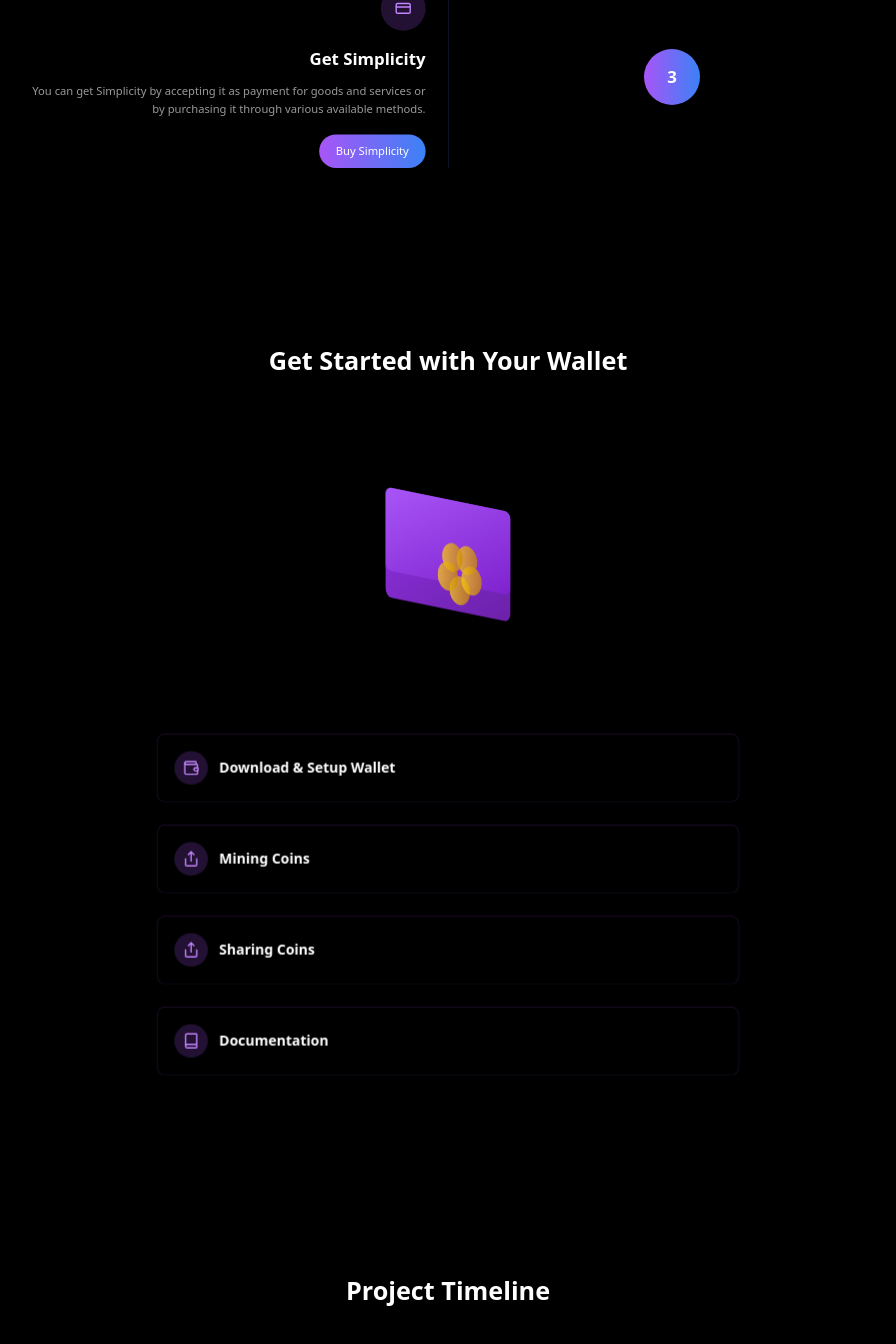
Repository: Simplicity-Block/Simplicity_website
Page: /downloads
These files come from the project's save history. The page is drawn as it stood at one moment and after the next save; the edit follows.
The browser window is 1280 px wide. The pictures show the part of the page from y = 4580 to 6500 px (the page is 7468 px tall before and 7132 px after), at 70% of full size.
The project was rebuilt for these pictures with package versions that can differ from the ones it lists, and the page was loaded fresh each time. Also part of the build but not shown: vite.config.js, src/components/FloatingElements.jsx.

Above is the page before, as saved 2024-12-21 12:01:21.

After the next save:
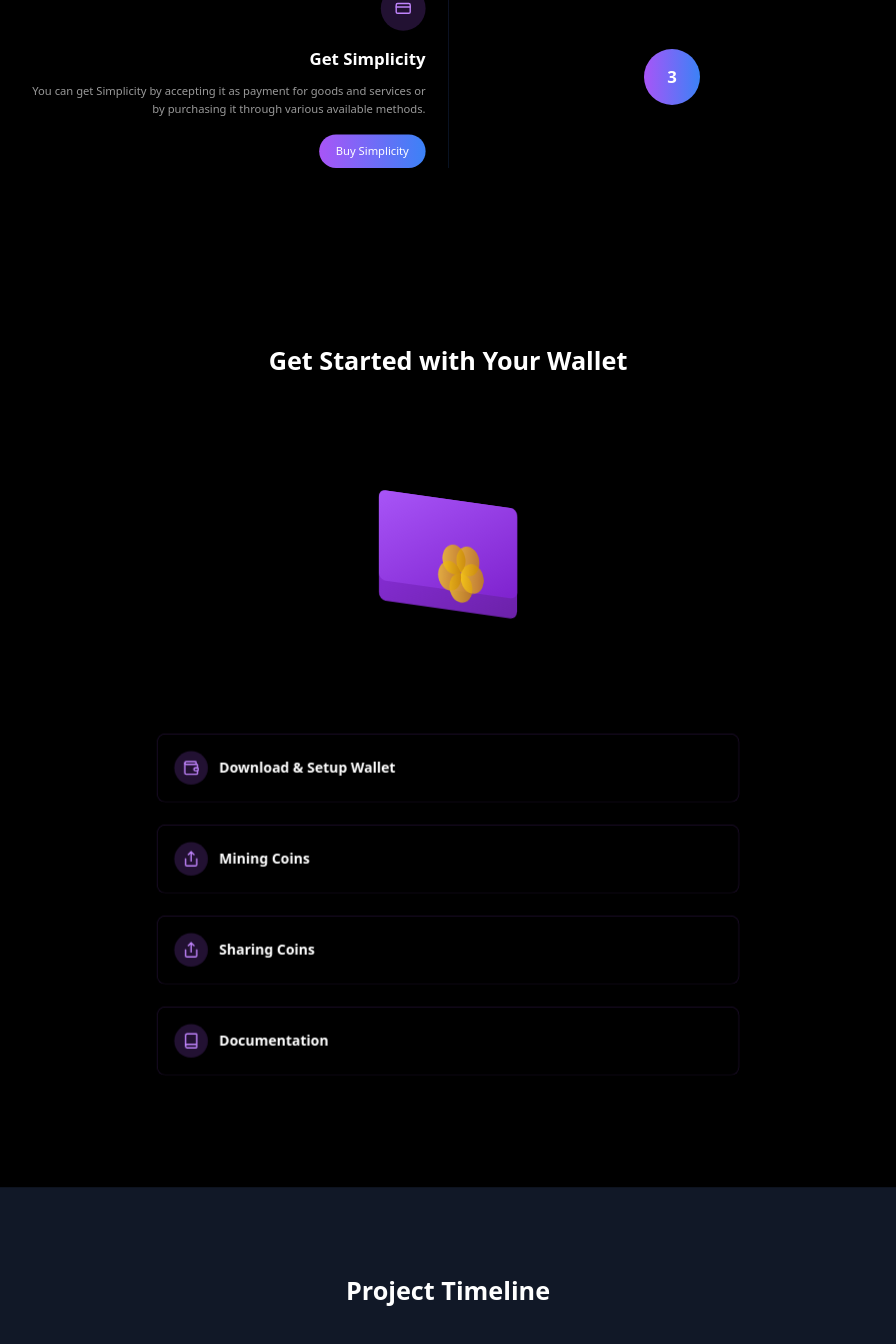
Saved 3 min 43 s later.
--- a/src/components/Timeline.jsx
+++ b/src/components/Timeline.jsx
@@ -1,61 +1,67 @@
-import React from 'react';
-import { Calendar, Rocket, Globe, Lock } from 'lucide-react';
+import React from "react";
+import { Calendar, Rocket, Globe, Lock } from "lucide-react";
 
 const Timeline = () => {
   const timelineItems = [
     {
-      icon: <Calendar className="w-6 h-6" />,
+      icon: <Calendar className="w-5 h-5 md:w-6 md:h-6" />,
       date: "Q1 2025",
       title: "Initial Launch",
-      description: "Public release of Simplicity network and core features"
+      description: "Public release of Simplicity network and core features",
     },
     {
-      icon: <Lock className="w-6 h-6" />,
+      icon: <Lock className="w-5 h-5 md:w-6 md:h-6" />,
       date: "Q2 2025",
       title: "Enhanced Security",
-      description: "Implementation of advanced security protocols and features"
+      description: "Implementation of advanced security protocols and features",
     },
     {
-      icon: <Globe className="w-6 h-6" />,
+      icon: <Globe className="w-5 h-5 md:w-6 md:h-6" />,
       date: "Q3 2025",
       title: "Global Expansion",
-      description: "Partnership with major financial institutions and expansion to new markets"
+      description: "Partnership with major financial institutions and expansion to new markets",
     },
     {
-      icon: <Rocket className="w-6 h-6" />,
+      icon: <Rocket className="w-5 h-5 md:w-6 md:h-6" />,
       date: "Q4 2025",
       title: "Smart Contracts",
-      description: "Launch of smart contract functionality and developer tools"
-    }
+      description: "Launch of smart contract functionality and developer tools",
+    },
   ];
 
   return (
-    <section className="py-32 relative">
-      <div className="max-w-7xl mx-auto px-8">
-        <h2 className="text-4xl font-bold text-white text-center mb-24">
+    <section className="py-16 md:py-32 relative bg-gray-900">
+      <div className="max-w-5xl mx-auto px-4 md:px-8">
+        <h2 className="text-3xl md:text-4xl font-bold text-white text-center mb-16">
           Project Timeline
         </h2>
 
         <div className="relative">
           {/* Timeline line */}
-          <div className="absolute left-[calc(50%-1px)] top-0 bottom-0 w-0.5 bg-gradient-to-b from-purple-500 to-blue-500 opacity-20" />
+          <div className="absolute left-[calc(50%-1px)] top-0 bottom-0 w-0.5 bg-gradient-to-b from-purple-500 to-blue-500 opacity-20 hidden md:block" />
 
-          <div className="space-y-24">
+          <div className="space-y-16">
             {timelineItems.map((item, index) => (
-              <div key={index} className="relative grid grid-cols-1 md:grid-cols-2 gap-8">
-                <div className={`${index % 2 === 0 ? 'md:text-right' : ''} ${index % 2 === 0 ? 'md:order-1' : 'md:order-2'}`}>
-                  <div className={`inline-flex items-center space-x-4 ${index % 2 === 0 ? 'md:flex-row-reverse' : ''}`}>
-                    <div className="flex-shrink-0 w-12 h-12 rounded-full bg-purple-500/20 text-purple-400 flex items-center justify-center">
-                      {item.icon}
-                    </div>
-                    <span className="text-purple-400 font-mono">{item.date}</span>
+              <div
+                key={index}
+                className="relative flex flex-col items-center text-center md:grid md:grid-cols-2 md:items-start md:gap-8"
+              >
+                <div className="flex items-center space-x-4 md:space-x-0 md:space-y-2 md:flex-col md:items-center">
+                  <div className="flex-shrink-0 w-10 h-10 rounded-full bg-purple-500/20 text-purple-400 flex items-center justify-center">
+                    {item.icon}
                   </div>
-                  <h3 className="text-2xl font-bold text-white mt-4 mb-2">{item.title}</h3>
-                  <p className="text-white/60">{item.description}</p>
+                  <span className="text-purple-400 font-mono text-sm md:text-base">
+                    {item.date}
+                  </span>
                 </div>
 
-                <div className={`hidden md:flex justify-center items-center ${index % 2 === 0 ? 'order-2' : 'order-1'}`}>
-                  <div className="w-4 h-4 rounded-full bg-gradient-to-r from-purple-500 to-blue-500" />
+                <div className="mt-4 md:mt-0">
+                  <h3 className="text-xl md:text-2xl font-bold text-white mb-2">
+                    {item.title}
+                  </h3>
+                  <p className="text-white/60 text-sm md:text-base">
+                    {item.description}
+                  </p>
                 </div>
               </div>
             ))}

After the save that followed:
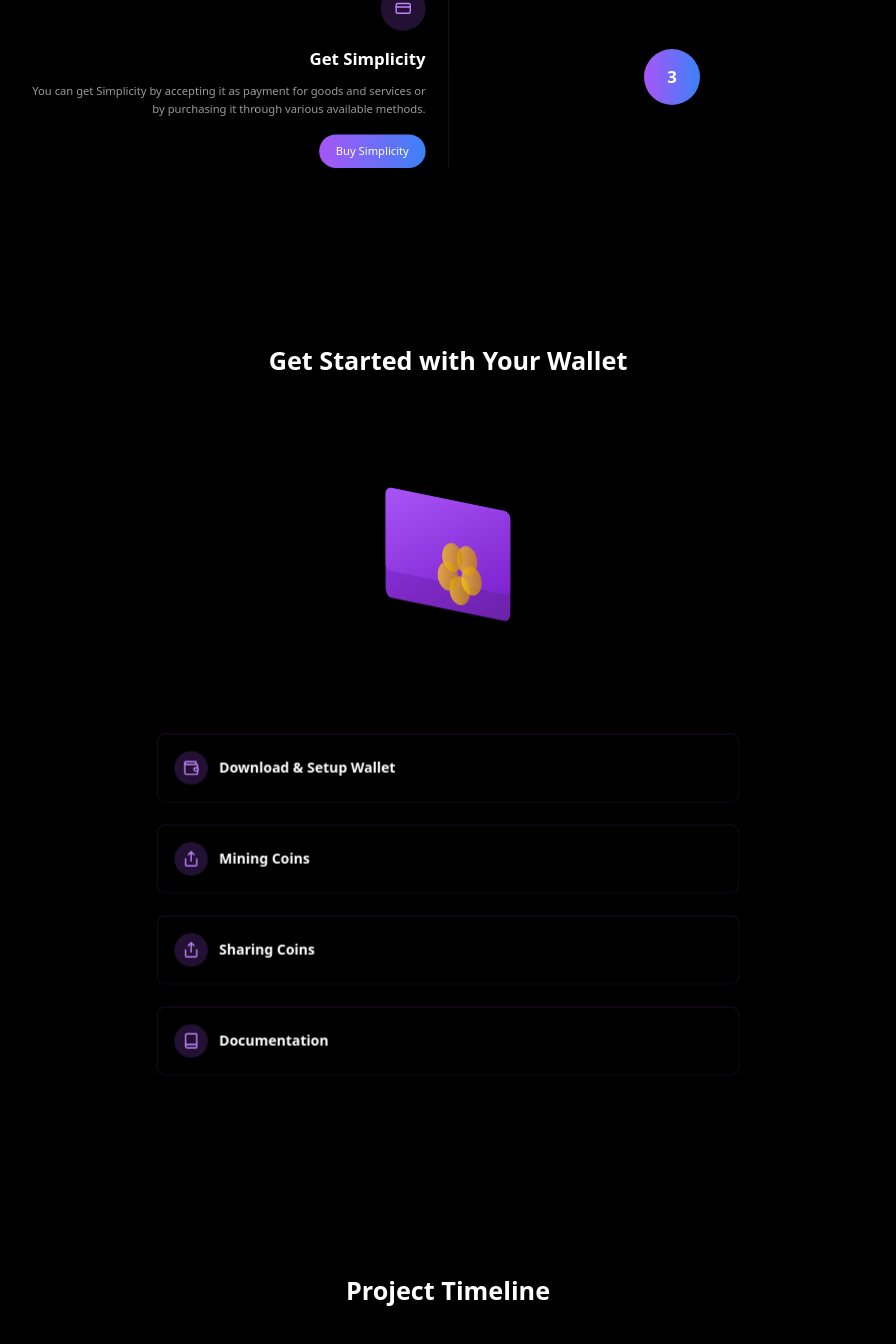
Saved 29 s later.
--- a/src/components/Timeline.jsx
+++ b/src/components/Timeline.jsx
@@ -1,67 +1,61 @@
-import React from "react";
-import { Calendar, Rocket, Globe, Lock } from "lucide-react";
+import React from 'react';
+import { Calendar, Rocket, Globe, Lock } from 'lucide-react';
 
 const Timeline = () => {
   const timelineItems = [
     {
-      icon: <Calendar className="w-5 h-5 md:w-6 md:h-6" />,
+      icon: <Calendar className="w-6 h-6" />,
       date: "Q1 2025",
       title: "Initial Launch",
-      description: "Public release of Simplicity network and core features",
+      description: "Public release of Simplicity network and core features"
     },
     {
-      icon: <Lock className="w-5 h-5 md:w-6 md:h-6" />,
+      icon: <Lock className="w-6 h-6" />,
       date: "Q2 2025",
       title: "Enhanced Security",
-      description: "Implementation of advanced security protocols and features",
+      description: "Implementation of advanced security protocols and features"
     },
     {
-      icon: <Globe className="w-5 h-5 md:w-6 md:h-6" />,
+      icon: <Globe className="w-6 h-6" />,
       date: "Q3 2025",
       title: "Global Expansion",
-      description: "Partnership with major financial institutions and expansion to new markets",
+      description: "Partnership with major financial institutions and expansion to new markets"
     },
     {
-      icon: <Rocket className="w-5 h-5 md:w-6 md:h-6" />,
+      icon: <Rocket className="w-6 h-6" />,
       date: "Q4 2025",
       title: "Smart Contracts",
-      description: "Launch of smart contract functionality and developer tools",
-    },
+      description: "Launch of smart contract functionality and developer tools"
+    }
   ];
 
   return (
-    <section className="py-16 md:py-32 relative bg-gray-900">
-      <div className="max-w-5xl mx-auto px-4 md:px-8">
-        <h2 className="text-3xl md:text-4xl font-bold text-white text-center mb-16">
+    <section className="py-32 relative">
+      <div className="max-w-7xl mx-auto px-8">
+        <h2 className="text-4xl font-bold text-white text-center mb-24">
           Project Timeline
         </h2>
 
         <div className="relative">
           {/* Timeline line */}
-          <div className="absolute left-[calc(50%-1px)] top-0 bottom-0 w-0.5 bg-gradient-to-b from-purple-500 to-blue-500 opacity-20 hidden md:block" />
+          <div className="absolute left-[calc(50%-1px)] top-0 bottom-0 w-0.5 bg-gradient-to-b from-purple-500 to-blue-500 opacity-20" />
 
-          <div className="space-y-16">
+          <div className="space-y-24">
             {timelineItems.map((item, index) => (
-              <div
-                key={index}
-                className="relative flex flex-col items-center text-center md:grid md:grid-cols-2 md:items-start md:gap-8"
-              >
-                <div className="flex items-center space-x-4 md:space-x-0 md:space-y-2 md:flex-col md:items-center">
-                  <div className="flex-shrink-0 w-10 h-10 rounded-full bg-purple-500/20 text-purple-400 flex items-center justify-center">
-                    {item.icon}
+              <div key={index} className="relative grid grid-cols-1 md:grid-cols-2 gap-8">
+                <div className={`${index % 2 === 0 ? 'md:text-right' : ''} ${index % 2 === 0 ? 'md:order-1' : 'md:order-2'}`}>
+                  <div className={`inline-flex items-center space-x-4 ${index % 2 === 0 ? 'md:flex-row-reverse' : ''}`}>
+                    <div className="flex-shrink-0 w-12 h-12 rounded-full bg-purple-500/20 text-purple-400 flex items-center justify-center">
+                      {item.icon}
+                    </div>
+                    <span className="text-purple-400 font-mono">{item.date}</span>
                   </div>
-                  <span className="text-purple-400 font-mono text-sm md:text-base">
-                    {item.date}
-                  </span>
+                  <h3 className="text-2xl font-bold text-white mt-4 mb-2">{item.title}</h3>
+                  <p className="text-white/60">{item.description}</p>
                 </div>
 
-                <div className="mt-4 md:mt-0">
-                  <h3 className="text-xl md:text-2xl font-bold text-white mb-2">
-                    {item.title}
-                  </h3>
-                  <p className="text-white/60 text-sm md:text-base">
-                    {item.description}
-                  </p>
+                <div className={`hidden md:flex justify-center items-center ${index % 2 === 0 ? 'order-2' : 'order-1'}`}>
+                  <div className="w-4 h-4 rounded-full bg-gradient-to-r from-purple-500 to-blue-500" />
                 </div>
               </div>
             ))}
